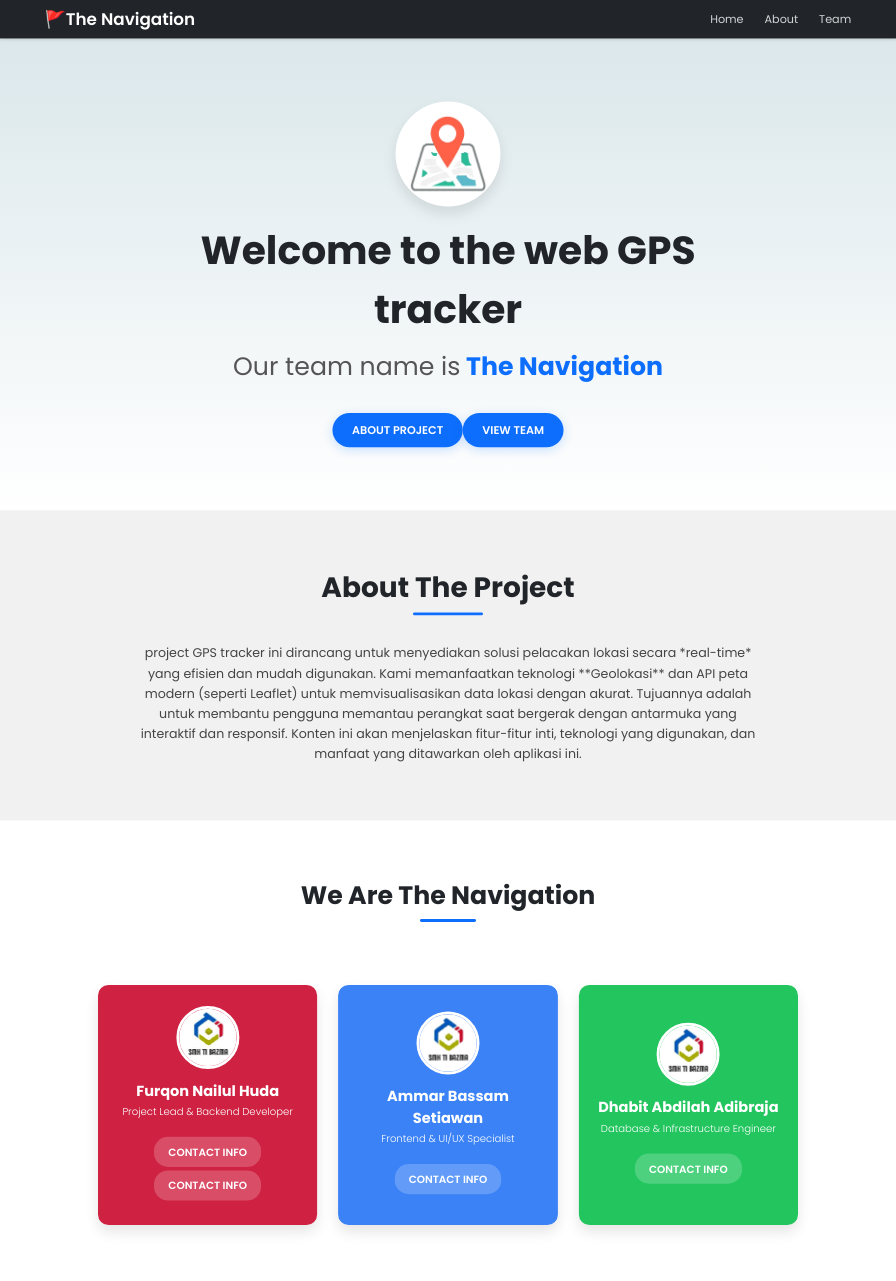
Repository: ammarsetiawan/gps-traker
Page: about.html
An editor plug-in stored every save of this project. The page is shown before and after a run of saves, followed by the edit.
The browser window is 1280 px wide. The pictures show the whole page, at 70% of full size.

Above is the page before, as saved 2025-11-27 16:52:35.

### about.html
<!DOCTYPE html>
<html lang="en">

<head>
    <meta charset="UTF-8">
    <meta name="viewport" content="width=device-width, initial-scale=1.0">
    <title>GPS Tracking - The Navigation</title>
    <link rel="stylesheet" href="https://unpkg.com/leaflet/dist/leaflet.css" />
    <link href="https://fonts.googleapis.com/css2?family=Poppins:wght@300;400;600;700&display=swap" rel="stylesheet">

    <style>
        :root {
            --primary-color: #0d6efd;
            --secondary-color: #0b5ed7;
            --dark-color: #212529;
            --light-color: #ffffff;
            --background-light: #f1f1f1;
            --red-card: #cf2141;
            --blue-card: #3b82f6;
            --green-card: #22c55e;
            --font-family: 'Poppins', sans-serif;
        }

        /* 🔄 Global Reset & Body */
        * {
            margin: 0;
            padding: 0;
            box-sizing: border-box;
            scroll-behavior: smooth;
        }

        body {
            font-family: var(--font-family);
            background: var(--light-color);
            padding-top: 55px;
            scroll-padding-top: 55px;
            transition: all 0.3s ease;
        }

        /* 🚀 NAVBAR */
        nav {
            background-color: var(--dark-color);
            height: 55px;
            display: flex;
            align-items: center;
            padding: 0 5%;
            position: fixed;
            width: 100%;
            top: 0;
            box-shadow: 0 2px 4px rgba(0, 0, 0, 0.1);
            z-index: 1000;
        }

        nav .brand {
            font-size: 24px;
            font-weight: 600;
            color: var(--light-color);
        }

        nav ul {
            list-style: none;
            display: flex;
            gap: 30px;
            margin-left: auto;
        }

        nav ul li a {
            text-decoration: none;
            color: rgba(255, 255, 255, 0.8);
            font-size: 16px;
            font-weight: 400;
            transition: 0.3s ease;
            position: relative;
            padding-bottom: 5px;
        }

        nav ul li a:hover {
            color: var(--light-color);
        }

        nav ul li a::after {
            content: '';
            position: absolute;
            width: 0;
            height: 2px;
            display: block;
            margin-top: 5px;
            right: 0;
            background: var(--primary-color);
            transition: width 0.3s ease;
        }

        nav ul li a:hover::after {
            width: 100%;
            left: 0;
            right: auto;
        }

        /* 🏠 Hero Section */
        .background {
            background: linear-gradient(to bottom, rgba(73, 136, 155, 0.2), rgba(92, 92, 88, 0));
            min-height: calc(100vh - 55px);
            padding: 50px 0;
            position: relative;
        }

        .container {
            height: 100%;
            display: flex;
            justify-content: center;
            align-items: center;
            padding: 0 5%;
        }

        .sub-container {
            padding: 40px 20px;
            text-align: center;
            max-width: 800px;
            margin: 0 auto;
        }

        .card-icons {
            width: 150px;
            height: 150px;
            display: flex;
            justify-content: center;
            align-items: center;
            margin: 0 auto 20px auto;
            border-radius: 50%;
            background: var(--light-color);
            box-shadow: 0 10px 20px rgba(0, 0, 0, 0.1);
            overflow: hidden;
        }

        .card-icons img {
            max-width: 80%;
            max-height: 80%;
            object-fit: contain;
        }

        .font-home {
            font-size: clamp(30px, 5vw, 56px);
            font-weight: 700;
            display: block;
            margin-bottom: 10px;
            color: var(--dark-color);
        }

        .font {
            display: flex;
            justify-content: center;
            align-items: center;
            font-size: clamp(20px, 3vw, 36px);
            font-weight: 400;
            color: #555;
            margin-bottom: 40px;
        }

        .font span {
            color: var(--primary-color);
            font-weight: 700;
            margin-left: 8px;
        }

        .button-group {
            display: flex;
            justify-content: center;

        }

        /* Tombol Utama */
        .btn-custom {
            gap: 20px;
            display: inline-block;
            background-color: var(--primary-color);
            color: var(--light-color);
            padding: 12px 28px;
            border: none;
            border-radius: 50px;
            font-size: 16px;
            cursor: pointer;
            font-weight: 600;
            box-shadow: 0 4px 15px rgba(0, 110, 255, 0.2);
            transition: all 0.3s ease;
            text-decoration: none;
            text-transform: uppercase;
        }

        .btn-custom:hover {
            background-color: var(--secondary-color);
            transform: translateY(-3px);
            box-shadow: 0 8px 20px rgba(0, 110, 255, 0.3)
        }

        .btn-custom:active {
            background-color: #0a58ca;
            transform: translateY(0);
        }

        /* 📖 About Section */
        .background-page2 {
            background-color: var(--background-light);
            padding: 80px 5%;
            min-height: 400px;
        }

        .about-content {
            text-align: center;
            max-width: 900px;
            margin: 0 auto;
        }

        .about-project {
            font-size: clamp(30px, 4vw, 40px);
            font-weight: 700;
            color: var(--dark-color);
            position: relative;
            display: inline-block;
            margin-bottom: 20px;
        }

        .about-project::after {
            content: '';
            position: absolute;
            bottom: -10px;
            left: 50%;
            transform: translateX(-50%);
            width: 100px;
            height: 4px;
            background-color: var(--primary-color);
            border-radius: 2px;
        }

        .text-about {
            margin-top: 30px;
            font-size: 18px;
            line-height: 1.6;
            color: #444;
            min-height: 100px;
        }


        .background-page3 {
            padding: 80px 5%;

            min-height: 500px;
            text-align: center;
        }

        .team {
            font-size: clamp(28px, 3.5vw, 36px);
            font-weight: 700;
            position: relative;
            display: inline-block;
            margin-bottom: 20px;
            color: var(--dark-color);
        }

        .team::after {
            content: '';
            position: absolute;
            bottom: -10px;
            left: 50%;
            transform: translateX(-50%);
            width: 80px;
            height: 4px;
            background-color: var(--primary-color);
            border-radius: 2px;
        }



        .cards {
            position: relative;
            top: 50px;
            display: grid;
            grid-template-columns: repeat(auto-fit, minmax(280px, 1fr));
            gap: 30px;
            max-width: 1000px;
            margin: 0 auto;
            padding-bottom: 50px;

        }

        .cards .card {

            display: flex;
            align-items: center;
            justify-content: center;
            flex-direction: column;
            text-align: center;
            padding: 30px 20px;
            min-height: 280px;
            border-radius: 15px;
            color: var(--light-color);
            cursor: pointer;
            transition: all 0.4s ease;
            box-shadow: 0 10px 20px rgba(0, 0, 0, 0.1);
            position: relative;
        }

        /* Definisi Warna Kartu */
        .cards .red {
            background-color: var(--red-card);
        }

        .cards .blue {
            background-color: var(--blue-card);
        }

        .cards .green {
            background-color: var(--green-card);
        }


        .cards .card img {
            width: 90px;
            height: 90px;
            border-radius: 50%;
            margin-bottom: 15px;
            object-fit: cover;
            border: 4px solid var(--light-color);
        }

        .cards .card .tip {
            font-size: 1.3em;
            font-weight: 700;
            margin-bottom: 5px;
        }

        .cards .card .second-text {
            font-size: .9em;
            font-weight: 300;
            margin-bottom: 25px;

        }

        .cards .card .btn-custom {
            padding: 10px 20px;
            font-size: 15px;
            background-color: rgba(255, 255, 255, 0.2);
            box-shadow: none;
            border-radius: 20px;
            margin-bottom: 5px;
        }

        .cards .card .btn-custom:hover {
            background-color: rgba(0, 0, 0, 0.4);
            transform: none;
        }


        .cards .card:hover {
            transform: translateY(-10px);
            box-shadow: 0 15px 30px rgba(0, 0, 0, 0.2);
        }

        /* Efek blur pada kartu lain saat hover */
        .cards:hover>.card:not(:hover) {
            filter: blur(2px) grayscale(50%);
            opacity: 0.8;
            transform: none;
        }

        /* Navbar Menu Button (Hanya terlihat di mobile) */
        #menuBtn {
            margin-left: auto;
            background: transparent;
            border: none;
            padding: 5px;
            cursor: pointer;
            display: none;

        }

        #menuBtn div {
            width: 25px;
            height: 3px;
            background-color: var(--light-color);
            margin: 4px 0;
            transition: 0.3s;
            border-radius: 2px;
        }

        /* 📱 MEDIA QUERY: Mobile/Tablet */
        @media (max-width: 768px) {
            .btn-custom {
                margin-bottom: 20px;
            }

            nav {
                padding: 0 3%;
            }

            nav ul {
                position: fixed;
                top: 55px;
                right: 0;
                background: var(--dark-color);
                width: 200px;
                flex-direction: column;
                padding: 15px;
                display: none;
                border-bottom-left-radius: 10px;
                z-index: 999;
                box-shadow: -2px 2px 5px rgba(0, 0, 0, 0.2);
                transform: translateX(100%);
                transition: transform 0.3s ease-out;
            }

            nav ul.show {
                display: flex;
                transform: translateX(0);
            }

            nav ul li a {
                padding: 10px 0;
                display: block;
                border-bottom: 1px solid rgba(255, 255, 255, 0.1);
            }

            #menuBtn {
                display: block;
            }

            .button-group {
                flex-direction: column;
                gap: 15px;
            }

            .btn-custom {
                width: 80%;
                margin: 0 auto;
            }

            /* Perbaikan fokus di mobile */
            .background-page3 {
                padding: 60px 3%;

            }

            .cards {
                grid-template-columns: 1fr;

                top: 30px;
            }
        }
    </style>
</head>

<body>

    <nav>
        <h2 class="brand">🚩The Navigation</h2>

        <button id="menuBtn">
            <div></div>
            <div></div>
            <div></div>
        </button>

        <ul id="menu">
            <li><a href="./index.html">Home</a></li>
            <li><a href="#about-section">About</a></li>
            <li><a href="#view-team">Team</a></li>
        </ul>
    </nav>

    <section class="background">
        <div class="container">
            <div class="sub-container">
                <div class="card-icons">


                    <img src="./png-clipart-gps-navigation-device-gps-tracking-unit-vehicle-tracking-system-icon-green-map-red-location-mark-map-logo-electronics-text-thumbnail-removebg-preview.png"
                        alt="">

                </div>

                <h2 class="font-home">Welcome to the web GPS tracker</h2>
                <div class="font">
                    Our team name is
                    <span class="font-arch">The Navigation</span>
                </div>

                <div class="button-group">
                    <a href="#about-section" class="btn-custom">
                        About Project
                    </a>
                    <a href="#view-team" class="btn-custom">
                        View Team
                    </a>
                </div>
            </div>
        </div>
        <footer>
        </footer>
    </section>

    <section class="background-page2" id="about-section">
        <div class="about-content">
            <h2 class="about-project">About The Project</h2>
            <p class="text-about">
                project GPS tracker ini dirancang untuk menyediakan solusi pelacakan lokasi secara *real-time* yang
                efisien dan mudah digunakan. Kami memanfaatkan teknologi **Geolokasi** dan API peta modern (seperti
                Leaflet) untuk memvisualisasikan data lokasi dengan akurat. Tujuannya adalah untuk membantu pengguna
                memantau perangkat saat bergerak dengan antarmuka yang interaktif dan responsif. Konten ini akan
                menjelaskan fitur-fitur inti, teknologi yang digunakan, dan manfaat yang ditawarkan oleh aplikasi ini.
            </p>
        </div>
    </section>

    <section class="background-page3" id="view-team">
        <div style="text-align: center; padding-bottom: 30px;">
            <h2 class="team">We Are The Navigation</h2>
        </div>

        <div class="cards">
            <div class="card red">
                <img src="data:[embedded picture, 6755 characters]"
                    alt="Furqon Nailul Huda Avatar">
                <p class="tip">Furqon Nailul Huda</p>
                <p class="second-text">Project Lead & Backend Developer</p>

                <a href="#" class="btn-custom">Contact Info</a>
                <a href="#" class="btn-custom">Contact Info</a>
            </div>
            <div class="card blue">
                <img src="data:[embedded picture, 6755 characters]"
                    alt="Ammar Bassam Setiawan Avatar">
                <p class="tip">Ammar Bassam Setiawan</p>
                <p class="second-text">Frontend & UI/UX Specialist</p>
                <a href="#" class="btn-custom">Contact Info</a>
            </div>
            <div class="card green">
                <img src="data:[embedded picture, 6755 characters]"
                    alt="Dhabit Abdilah Adibraja Avatar">
                <p class="tip">Dhabit Abdilah Adibraja</p>
                <p class="second-text">Database & Infrastructure Engineer</p>
                <a href="#" class="btn-custom">Contact Info</a>
            </div>
        </div>
    </section>


    <div id="content"></div>
    <script>
        const btn = document.getElementById("menuBtn");
        const menu = document.getElementById("menu");

        btn.addEventListener("click", () => {
            // Menggunakan class 'show' untuk menampilkan/menyembunyikan menu
            menu.classList.toggle('show');
        });

        // Menutup menu saat link di klik (khusus mobile)
        document.querySelectorAll('#menu a').forEach(link => {
            link.addEventListener('click', () => {
                // Hanya tutup jika tampilan adalah mobile (misalnya, jika menu ditampilkan sebagai dropdown)
                if (window.innerWidth <= 768) {
                    menu.classList.remove('show');
                }
            });
        });
    </script>

</body>

</html>

After the next 3 saves:
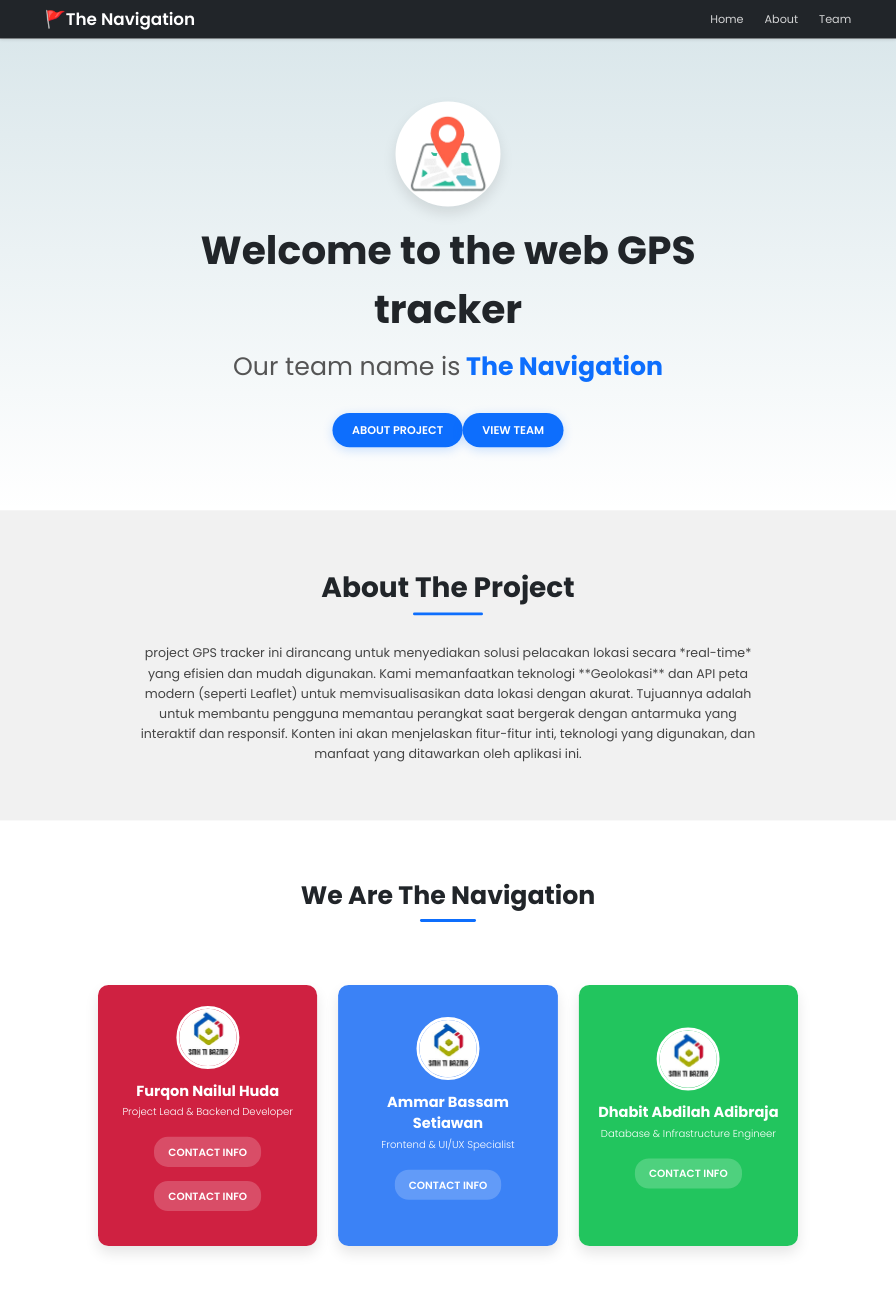
The 3 saves are shown as one change because they came seconds apart.
The last was saved 13 s later.
--- a/about.html
+++ b/about.html
@@ -341,7 +341,7 @@
             background-color: rgba(255, 255, 255, 0.2);
             box-shadow: none;
             border-radius: 20px;
-            margin-bottom: 5px;
+            margin-bottom: 20px;
         }
 
         .cards .card .btn-custom:hover {
